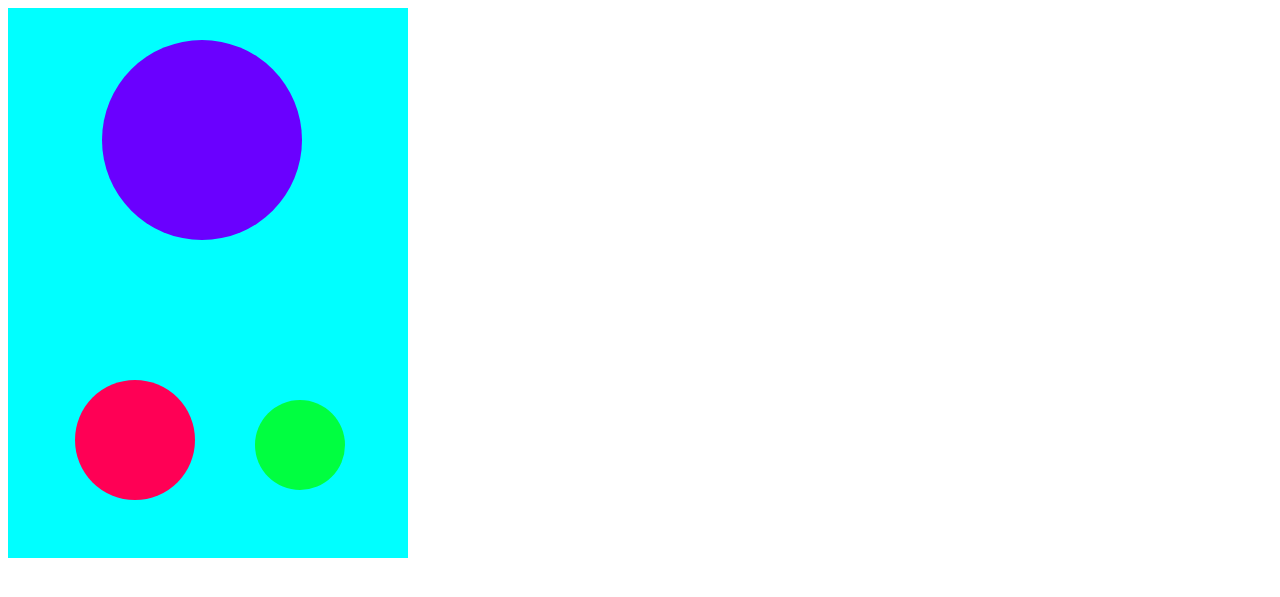
Repository: sara55m/Counter_App
Page: index.html
An editor plug-in stored every save of this project. The page is shown before and after the next save, followed by the edit.
The browser window is 1280 px wide. The pictures show the whole page.
After loading, the first visible `#increase` was clicked once.

Above is the page before, as saved 2024-07-30 02:30:29.
Console error: SyntaxError: Identifier 'count' has already been declared

After the next save:
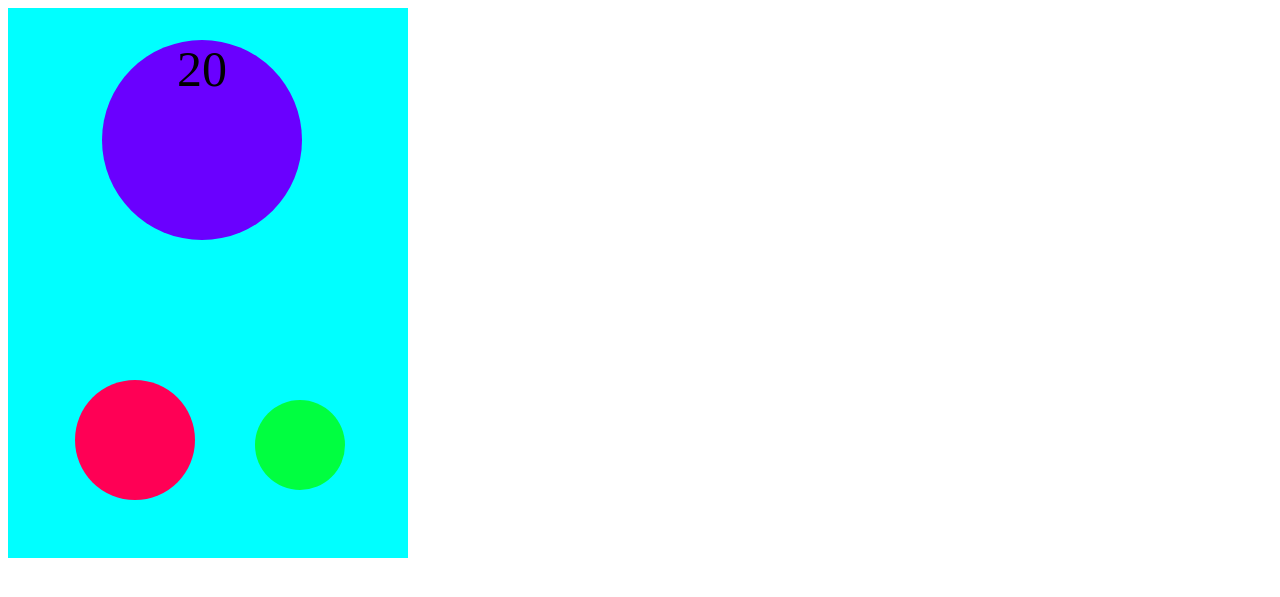
Console error: ReferenceError: x is not defined
Saved 3 min 48 s later.
--- a/js/script.js
+++ b/js/script.js
@@ -1,8 +1,10 @@
 function increase(){
-    for(let count=0,count>=20,++count){
+    let count=0;
+    document.getElementById("main").innerHTML=count;
+    while(count<20){
+        document.getElementById("main").innerHTML=++count;
+    }
 
-        let x=document.getElementById("main").innerHTML=count;
-    }
     //let count=0;
     //let count1=0;
 
